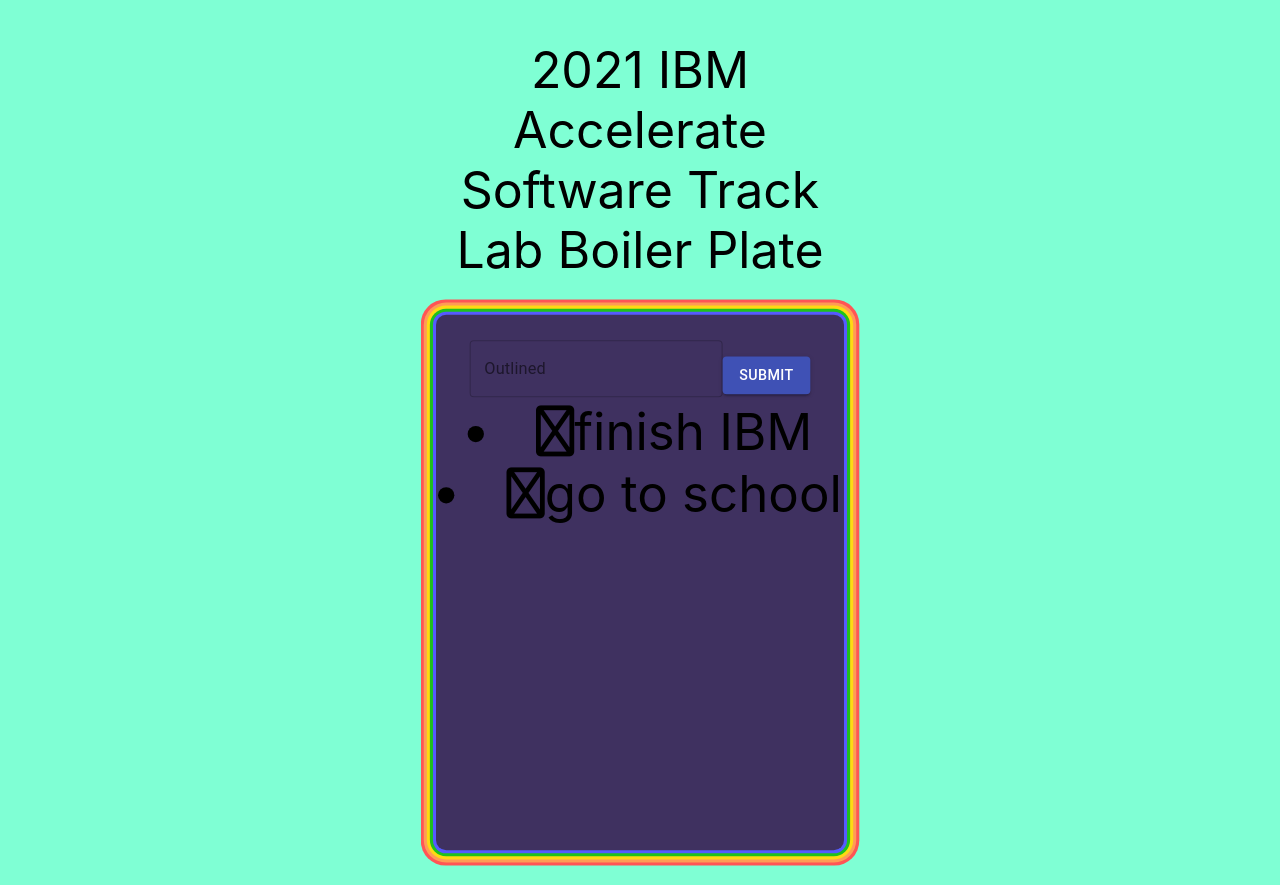
Repository: 2021-IBM-Accelerate-SW-Track/lab-1-team-34
Page: /
The author's editor kept a copy of each file at every save. The page is drawn from the files as they stood at one save, then again after the next save.
The browser window is 1280 px wide. The pictures show the whole page.
Some web libraries are served in a nearby version. The project was rebuilt for these pictures with package versions that can differ from the ones it lists, and the page was loaded fresh each time.

Above is the page before, as saved 2021-06-13 20:13:57.

### public/index.html
<!DOCTYPE html>
<html lang="en">
  <head>
    <meta charset="utf-8" />
    <meta name="viewport" content="width=device-width, initial-scale=1" />
    <meta name="theme-color" content="#000000" />
    <meta
      name="description"
      content="Web site created using create-react-app"
    />
    <script src="https://kit.fontawesome.com/b9d1aed08a.js" crossorigin="anonymous"></script>

    <!--
      manifest.json provides metadata used when your web app is installed on a
      user's mobile device or desktop. See https://developers.google.com/web/fundamentals/web-app-manifest/
    -->
    <!--
      Notice the use of %PUBLIC_URL% in the tags above.
      It will be replaced with the URL of the `public` folder during the build.
      Only files inside the `public` folder can be referenced from the HTML.

      Unlike "/favicon.ico" or "favicon.ico", "%PUBLIC_URL%/favicon.ico" will
      work correctly both with client-side routing and a non-root public URL.
      Learn how to configure a non-root public URL by running `npm run build`.
    -->
    <title>React App</title>
  </head>
  <body>
    <noscript>You need to enable JavaScript to run this app.</noscript>
    <div id="root"></div>
    <!--
      This HTML file is a template.
      If you open it directly in the browser, you will see an empty page.

      You can add webfonts, meta tags, or analytics to this file.
      The build step will place the bundled scripts into the <body> tag.

      To begin the development, run `npm start` or `yarn start`.
      To create a production bundle, use `npm run build` or `yarn build`.
    -->
  </body>
</html>

### src/App.js
// import Header from "./component/header";
import Page from "./Pages/UI";

import "./App.css";

function App() {
  return (
    <div className="App">
      <Page />
    </div>
  );
}

export default App;

### src/Pages/UI/index.js
import Page from "./page";

export default Page;

### src/App.css
.App {
  text-align: center;
  background: aquamarine;
  font-size: 50px;
}

body {
  margin: 0;
  font-family: -apple-system, BlinkMacSystemFont, "Segoe UI", "Roboto", "Oxygen",
    "Ubuntu", "Cantarell", "Fira Sans", "Droid Sans", "Helvetica Neue",
    sans-serif;
  -webkit-font-smoothing: antialiased;
  -moz-osx-font-smoothing: grayscale;
}

code {
  font-family: source-code-pro, Menlo, Monaco, Consolas, "Courier New",
    monospace;
}
html {
  background: aquamarine;
}

### src/Pages/UI/page.js
import React from "react";
import Header from "../../component/header/header"; // no target file, targets index.js
import Input from "../../component/Input";

function page(props) {
  return (
    <div>
      <Header />
      <Input />
    </div>
  );
}

export default page;

### src/component/header/header.js
export default function Header() {
  return (
    <div className="header">
      2021 IBM Accelerate Software Track Lab Boiler Plate
    </div>
  );
}

### src/component/Input/index.js
import Input from "./input";

export default Input;

### src/component/Input/input.js
import { TextField, Button } from "@material-ui/core";
import React, { useState } from "react";
import "./input.css";

const initialTodo = ["finish IBM", "go to school"];

function Input(props) {
  const [input, setInput] = useState("");
  const [list, setTodo] = React.useState(initialTodo);

  function handleAdd() {
    const newList = list;
    newList.push(input);
    setTodo(newList);
    console.log(list);
    setInput("");
    handleClear();
    // debugger;
  }

  const handleClear = () => {
    Array.from(document.querySelectorAll("input")).forEach((input) => {
      input.value = "";
    });
    Array.from(document.querySelectorAll("textarea")).forEach((textarea) => {
      textarea.value = "";
    });
  };
  return (
    <div className="inputcolor">
      <TextField
        onChange={(event) => {
          setInput(event.target.value);
          console.log(input);
        }}
        // onEnter={() => {
        //   list.push(input);
        // }}
        // id="outlined-basic"
        label="Outlined"
        variant="outlined"
      />

      <Button onClick={handleAdd} variant="contained" color="primary">
        Submit
      </Button>

      {/* list not updating quick but data does get added */}
      {list &&
        list.map((item, index) => {
          return <li key={index}>{item}</li>;
        })}
    </div>
  );
}

export default Input;

### src/component/Input/input.css
.inputcolor {
  background-color: #3f3160;
  min-height: 500px;
  width: 400px;
  margin: 40px auto;
  padding-top: 25px;
  border-radius: 10px;

  box-shadow: rgb(85, 91, 255) 0px 0px 0px 3px, rgb(31, 193, 27) 0px 0px 0px 6px,
    rgb(255, 217, 19) 0px 0px 0px 9px, rgb(255, 156, 85) 0px 0px 0px 12px,
    rgb(255, 85, 85) 0px 0px 0px 15px;
}

@keyframes pulse {
  from {
    transform: scale3d(1, 1, 1);
  }

  50% {
    transform: scale3d(1.05, 1.05, 1.05);
  }

  to {
    transform: scale3d(1, 1, 1);
  }
}
.App > div > .inputcolor {
  animation: pulse 2000ms linear infinite both;
}
.inputtext {
  background-color: #ffffff;
  border: 0;
  color: #fff;
  width: 200px;

  height: 50px;
  margin: 20px;
  padding: 0 20px;
  font-size: 18px;
  border-radius: 10px;
  padding-right: 10px;
}
.container {
  padding-top: 0px;
  padding-bottom: 30px;
}
.list {
  color: white;
  text-align: center;
}

ul li {
  padding: 10px 0px;
}

li:before {
  content: "\f00c";
  font-family: "Font Awesome 5 Free";
}

.App {
  background-color: #fec9bb;
  min-height: 500px;
  width: 400px;
  margin: 40px auto;
}
.button {
  background-color: rgba(27, 112, 137, 1);
  border: 0;
  color: #fff;
  width: 100px;

  height: 50px;
  margin: 20px;
  padding: 0 20px;
  font-size: 18px;
  border-radius: 10px;
}

Loaded but not shown: src/index.js (common file)

After the next save:
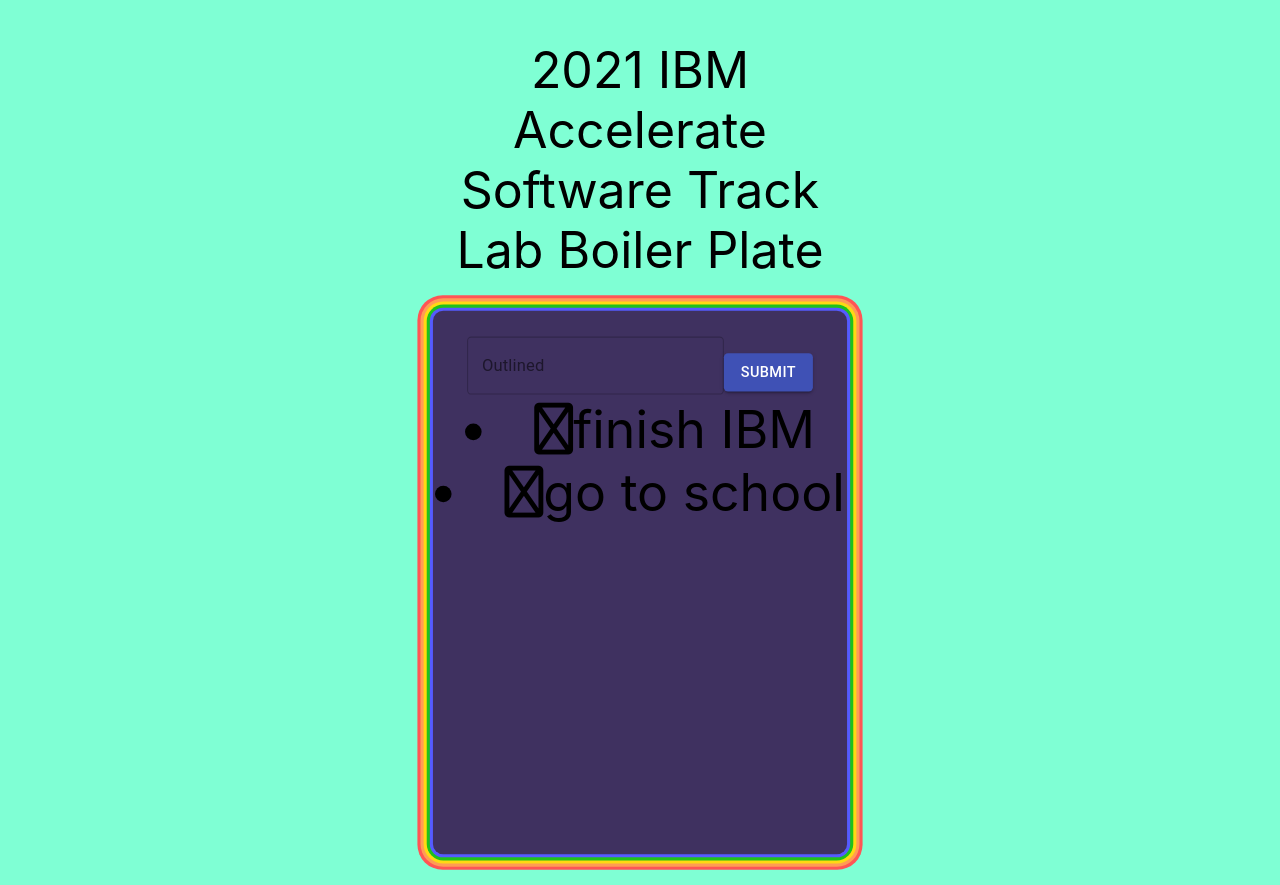
Saved 49 s later.
--- a/src/component/Input/input.css
+++ b/src/component/Input/input.css
@@ -25,7 +25,7 @@
   }
 }
 .App > div > .inputcolor {
-  animation: pulse 2000ms linear infinite both;
+  animation: pulse 3400ms linear infinite both;
 }
 .inputtext {
   background-color: #ffffff;
